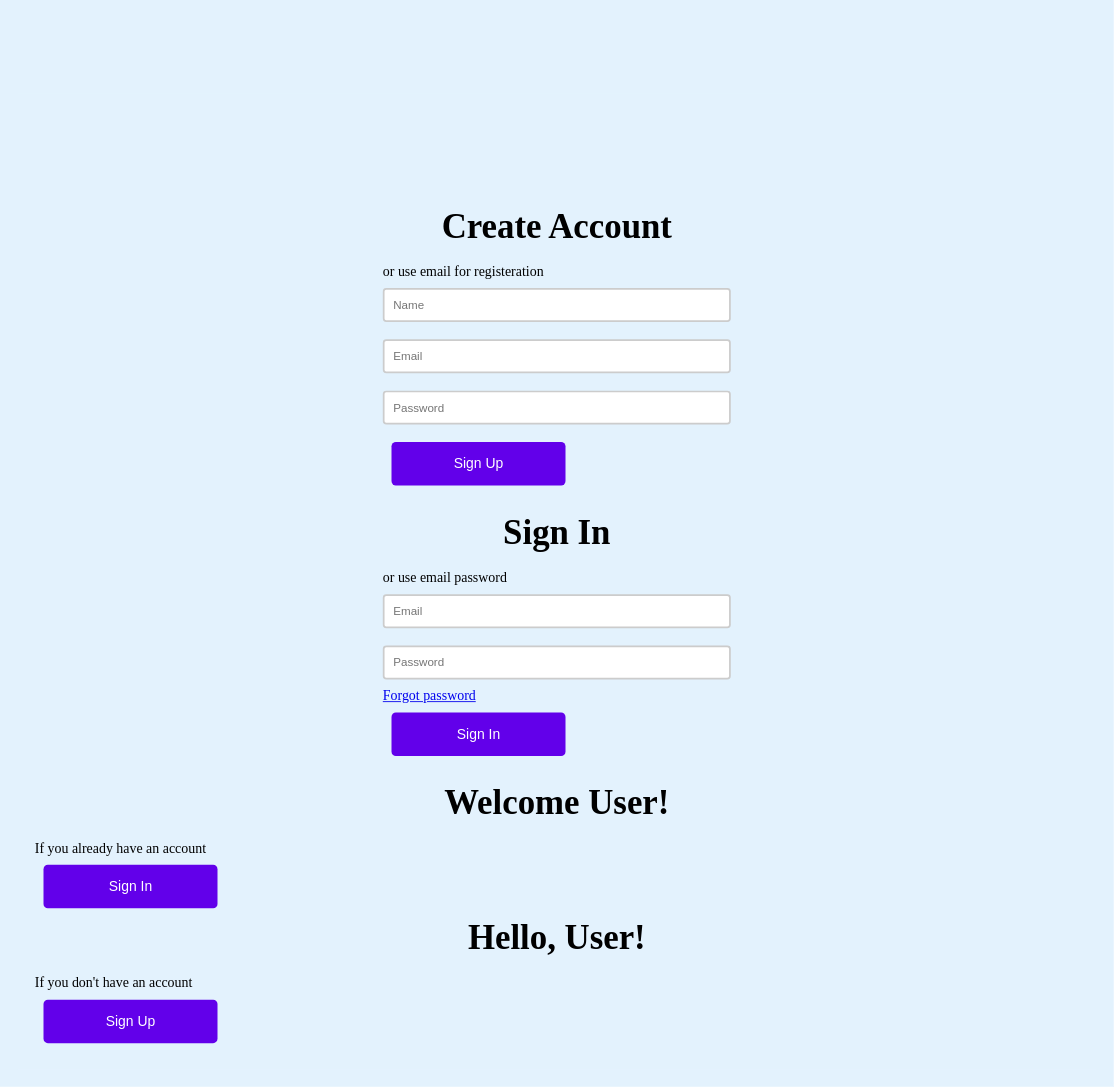
Repository: parnelltse/frontend2-courseproject
Page: /home
An editor plug-in stored every save of this project. The page is shown before and after the next save, followed by the edit.
The browser window is 1280 px wide. The pictures show the whole page, at 87% of full size.
The project was rebuilt for these pictures with package versions that can differ from the ones it lists, and the page was loaded fresh each time. Also part of the build but not shown: vite.config.js, src/pages/landing.jsx, src/components/AccountForm.jsx, src/components/BackButton.jsx, src/pages/create.jsx, src/pages/login.jsx, src/pages/gameoptions.jsx, src/pages/appsettings.jsx and 8 more.

Above is the page before, as saved 2024-11-02 22:42:35.

After the next save:
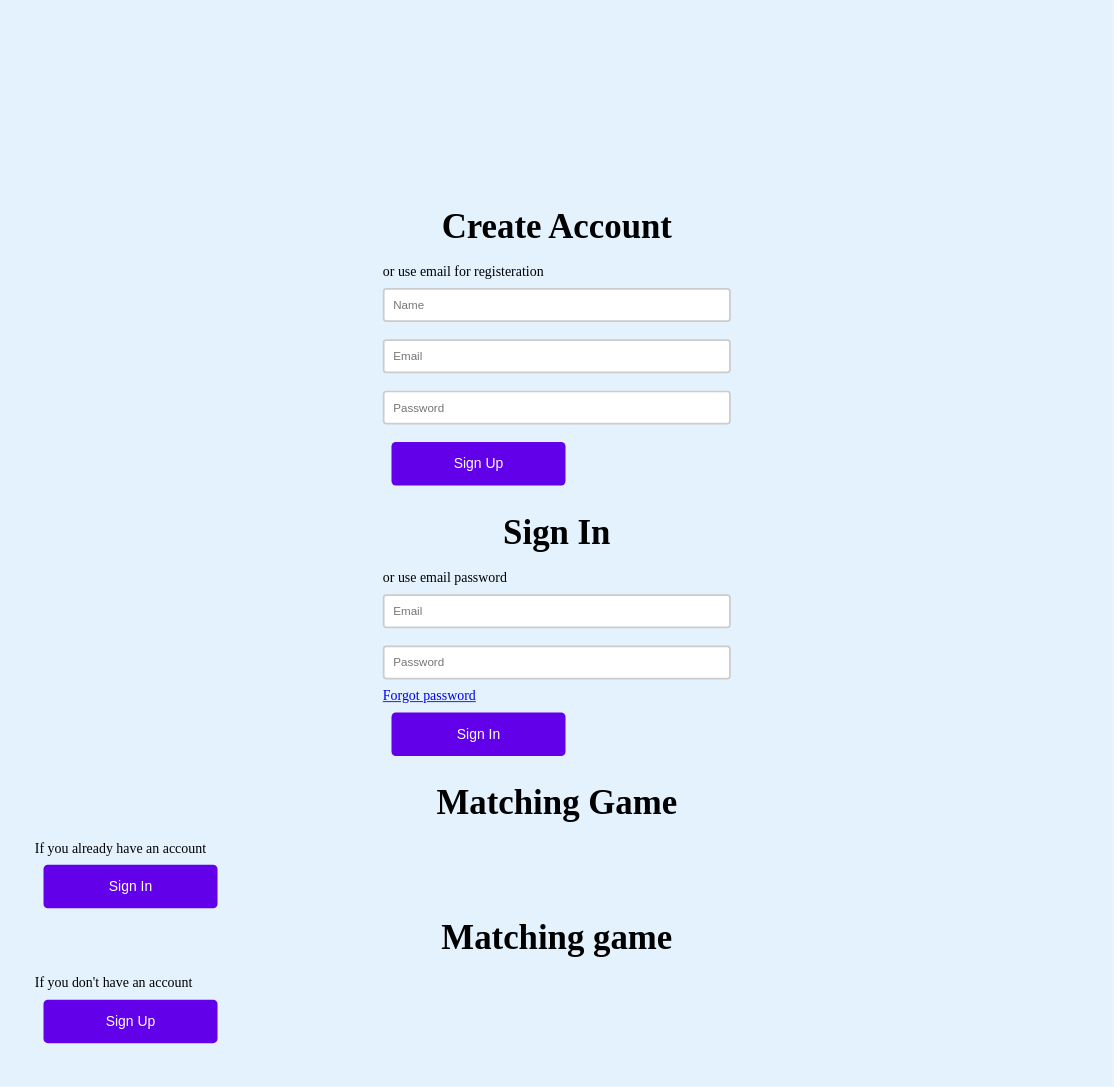
Saved 74 s later.
--- a/src/pages/home.jsx
+++ b/src/pages/home.jsx
@@ -1,5 +1,5 @@
 import { useNavigate } from "react-router-dom";
-import "../App.css"; // Make sure to import your CSS file
+import "../App.css";
 
 export default function Home() {
 	const navigate = useNavigate();
@@ -36,12 +36,12 @@ export default function Home() {
 				<div class="toogle-container">
 					<div class="toogle">
 					<div class="toogle-panel toogle-left">
-						<h1>Welcome User!</h1>
+						<h1>Matching Game</h1>
 						<p>If you already have an account</p>
 						<button class="hidden" id="login">Sign In</button>
 					</div>
 					<div class="toogle-panel toogle-right">
-						<h1>Hello, User!</h1>
+						<h1>Matching game</h1>
 						<p>If you don't have an account</p>
 						<button class="hidden" id="register">Sign Up</button>
 					</div>
